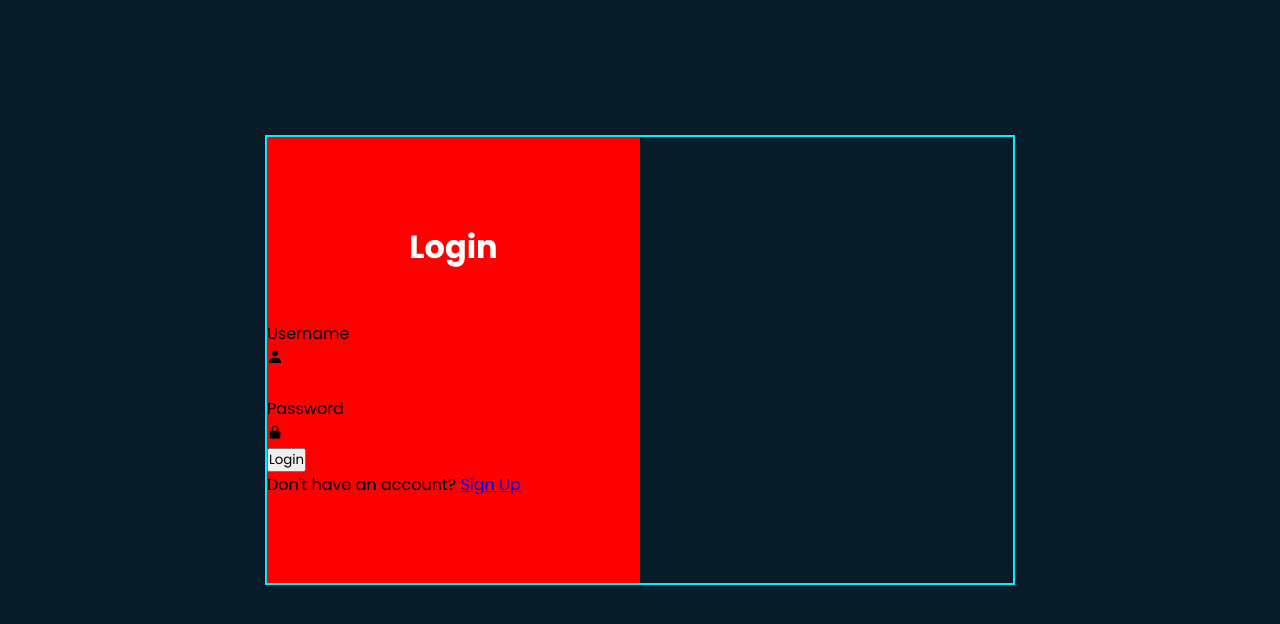
Repository: swastikjhacoder/Login-Registration-HTML
Page: index.html
These files come from the project's save history. The page is drawn as it stood at one moment and after a run of saves; the edit follows.
The browser window is 1280 px wide. The pictures show the whole page.

Above is the page before, as saved 2023-09-18 14:33:41.
Not found: js/toastify.js

After the next 2 saves:
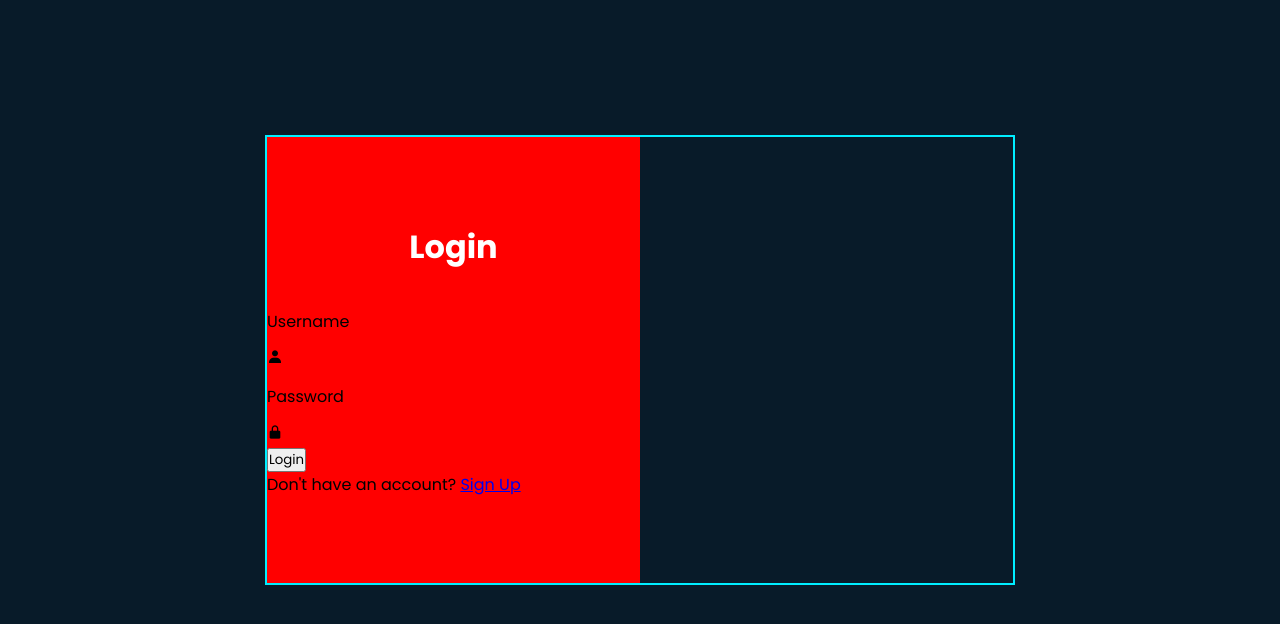
The 2 saves are shown as one change because they came seconds apart.
The last was saved 8 s later.
--- a/style.css
+++ b/style.css
@@ -60,5 +60,5 @@ body {
     position: absolute;
     top: 50%;
     left: 0;
-    transform: transl;
+    transform: translateY(-50%);
 }
